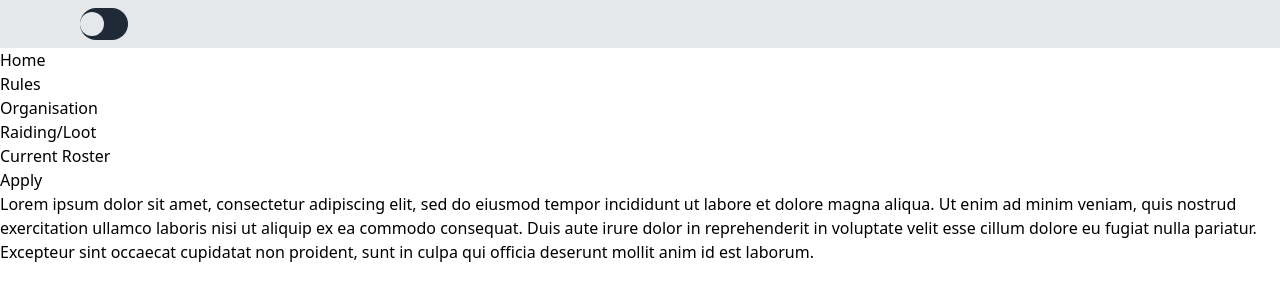
Repository: eaang/catguild_frontend
Page: /
These files come from the project's save history. The page is drawn as it stood at one moment and after the next save; the edit follows.
The browser window is 1280 px wide. The pictures show the whole page.
The project was rebuilt for these pictures with package versions that can differ from the ones it lists, and the page was loaded fresh each time. The framework's server and built-in components were replaced by stand-ins that run in the browser. Also part of the build but not shown: nuxt.config.js, components/ContentBox.vue, components/ContentEditor.vue, components/ImageBox.vue, components/SidebarMain.vue, components/SidebarSub.vue, components/TheFoooter.vue, components/icons/ChevronDown.vue and 19 more. Imported but missing from the stored project, and not drawn on this page: apollo/queries/categories/category.

Above is the page before, as saved 2021-04-02 17:41:25.

### components/TheHeader.vue
<template>
  <div class="w-full h-12 flex items-center bg-gray-200 dark:bg-gray-800">
    <div class="container"><ToggleButton /></div>
  </div>
</template>

<script>
export default {}
</script>

### components/TheSidebar.vue
<template>
  <div>
    <div>Home</div>
    <div>Rules</div>
    <div>Organisation</div>
    <div>Raiding/Loot</div>
    <div>Current Roster</div>
    <div>Apply</div>
  </div>
</template>

<script>
export default {}
</script>

### components/ToggleButton.vue
<template>
  <div @click="currentStatus = !currentStatus">
    <div class="bg-gray-800 w-12 h-8 rounded-full flex items-center">
      <div v-if="currentStatus" class="bg-gray-200 w-6 h-6 rounded-full"></div>
      <div v-if="!currentStatus" class="bg-gray-200 w-6 h-6 rounded-full"></div>
    </div>
  </div>
</template>

<script>
export default {
  data() {
    return {
      currentStatus: false,
    }
  },
}
</script>

### layouts/default.vue
<template>
  <div class="">
    <TheHeader />
    <TheSidebar />
    <Nuxt />
    <TheFooter />
  </div>
</template>

### pages/index.vue
<template>
  <div>
    Lorem ipsum dolor sit amet, consectetur adipiscing elit, sed do eiusmod
    tempor incididunt ut labore et dolore magna aliqua. Ut enim ad minim veniam,
    quis nostrud exercitation ullamco laboris nisi ut aliquip ex ea commodo
    consequat. Duis aute irure dolor in reprehenderit in voluptate velit esse
    cillum dolore eu fugiat nulla pariatur. Excepteur sint occaecat cupidatat
    non proident, sunt in culpa qui officia deserunt mollit anim id est laborum.
  </div>
</template>

<script>
export default {}
</script>

### tailwind.config.js
module.exports = {
  purge: [
    './components/**/*.{vue,js}',
    './layouts/**/*.vue',
    './pages/**/*.vue',
    './plugins/**/*.{js,ts}',
    './nuxt.config.{js,ts}',
  ],
  darkMode: 'class', // or 'media' or 'class'
  theme: {
    container: {
      center: true,
      padding: {
        DEFAULT: '1rem',
        sm: '2rem',
        lg: '4rem',
        xl: '5rem',
        '2xl': '6rem',
      },
    },
    extend: {},
  },
  variants: {
    extend: {},
  },
  plugins: [],
}

Loaded but not shown: assets/css/tailwind.css (common file); components/TheFooter.vue (common file)

After the next save:
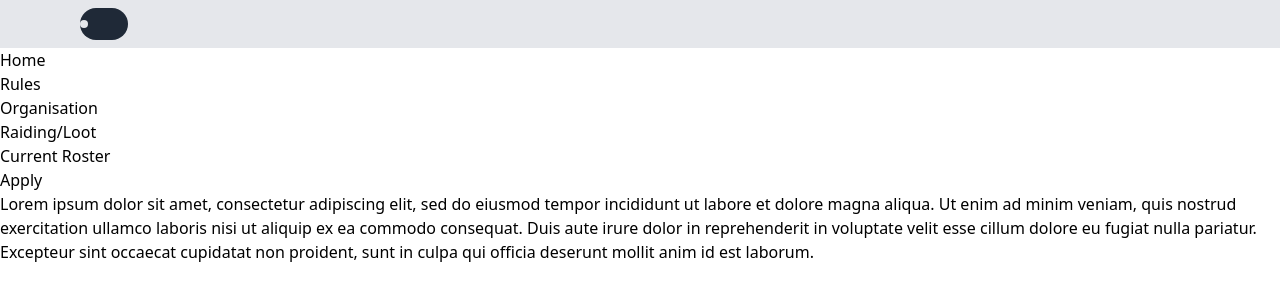
Saved 17 s later.
--- a/components/ToggleButton.vue
+++ b/components/ToggleButton.vue
@@ -1,8 +1,8 @@
 <template>
   <div @click="currentStatus = !currentStatus">
     <div class="bg-gray-800 w-12 h-8 rounded-full flex items-center">
-      <div v-if="currentStatus" class="bg-gray-200 w-6 h-6 rounded-full"></div>
-      <div v-if="!currentStatus" class="bg-gray-200 w-6 h-6 rounded-full"></div>
+      <div v-if="currentStatus" class="bg-gray-200 w-2 h-2 rounded-full"></div>
+      <div v-if="!currentStatus" class="bg-gray-200 w-2 h-2 rounded-full"></div>
     </div>
   </div>
 </template>
